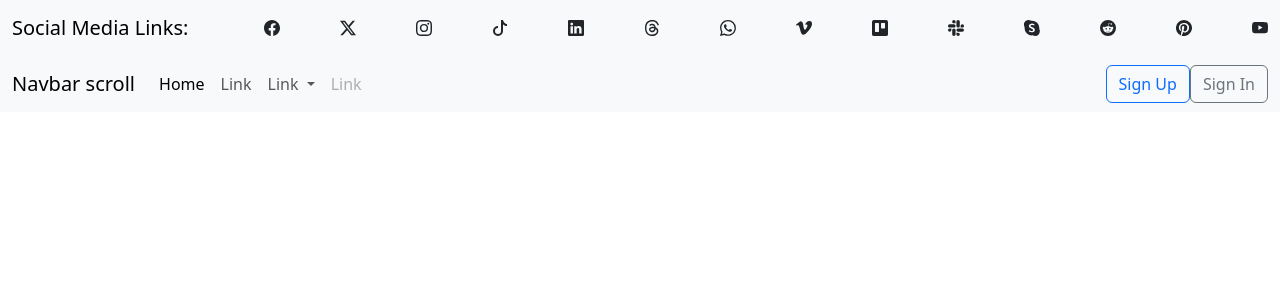
Repository: HaziimYassien/The-Discount-Empire
Page: index.html
An editor plug-in stored every save of this project. The page is shown before and after a run of saves, followed by the edit.
The browser window is 1280 px wide. The pictures show the whole page.

Above is the page before, as saved 2024-01-24 17:24:22.

### index.html
<!DOCTYPE html>
<html lang="en">
  <head>
    <meta charset="UTF-8" />
    <meta name="viewport" content="width=device-width, initial-scale=1.0" />
    <link rel="stylesheet" href="/style.css" />
    <link rel="stylesheet" href="/css/bootstrap.css" />
    <title>Document</title>
  </head>
  <body>
    <!-- START _SocialMediaBar -->
<nav class="navbar sticky-top navbar-light bg-light">
  <div class="container-fluid">
    <a class="navbar-brand" href="#">Social Media Links: </a>
    <svg xmlns="http://www.w3.org/2000/svg" width="16" height="16" fill="currentColor" class="bi bi-facebook" viewBox="0 0 16 16">
  <path d="M16 8.049c0-4.446-3.582-8.05-8-8.05C3.58 0-.002 3.603-.002 8.05c0 4.017 2.926 7.347 6.75 7.951v-5.625h-2.03V8.05H6.75V6.275c0-2.017 1.195-3.131 3.022-3.131.876 0 1.791.157 1.791.157v1.98h-1.009c-.993 0-1.303.621-1.303 1.258v1.51h2.218l-.354 2.326H9.25V16c3.824-.604 6.75-3.934 6.75-7.951"/>
</svg>
<svg xmlns="http://www.w3.org/2000/svg" width="16" height="16" fill="currentColor" class="bi bi-twitter-x" viewBox="0 0 16 16">
  <path d="M12.6.75h2.454l-5.36 6.142L16 15.25h-4.937l-3.867-5.07-4.425 5.07H.316l5.733-6.57L0 .75h5.063l3.495 4.633L12.601.75Zm-.86 13.028h1.36L4.323 2.145H2.865z"/>
</svg>
<svg xmlns="http://www.w3.org/2000/svg" width="16" height="16" fill="currentColor" class="bi bi-instagram" viewBox="0 0 16 16">
  <path d="M8 0C5.829 0 5.556.01 4.703.048 3.85.088 3.269.222 2.76.42a3.9 3.9 0 0 0-1.417.923A3.9 3.9 0 0 0 .42 2.76C.222 3.268.087 3.85.048 4.7.01 5.555 0 5.827 0 8.001c0 2.172.01 2.444.048 3.297.04.852.174 1.433.372 1.942.205.526.478.972.923 1.417.444.445.89.719 1.416.923.51.198 1.09.333 1.942.372C5.555 15.99 5.827 16 8 16s2.444-.01 3.298-.048c.851-.04 1.434-.174 1.943-.372a3.9 3.9 0 0 0 1.416-.923c.445-.445.718-.891.923-1.417.197-.509.332-1.09.372-1.942C15.99 10.445 16 10.173 16 8s-.01-2.445-.048-3.299c-.04-.851-.175-1.433-.372-1.941a3.9 3.9 0 0 0-.923-1.417A3.9 3.9 0 0 0 13.24.42c-.51-.198-1.092-.333-1.943-.372C10.443.01 10.172 0 7.998 0zm-.717 1.442h.718c2.136 0 2.389.007 3.232.046.78.035 1.204.166 1.486.275.373.145.64.319.92.599s.453.546.598.92c.11.281.24.705.275 1.485.039.843.047 1.096.047 3.231s-.008 2.389-.047 3.232c-.035.78-.166 1.203-.275 1.485a2.5 2.5 0 0 1-.599.919c-.28.28-.546.453-.92.598-.28.11-.704.24-1.485.276-.843.038-1.096.047-3.232.047s-2.39-.009-3.233-.047c-.78-.036-1.203-.166-1.485-.276a2.5 2.5 0 0 1-.92-.598 2.5 2.5 0 0 1-.6-.92c-.109-.281-.24-.705-.275-1.485-.038-.843-.046-1.096-.046-3.233s.008-2.388.046-3.231c.036-.78.166-1.204.276-1.486.145-.373.319-.64.599-.92s.546-.453.92-.598c.282-.11.705-.24 1.485-.276.738-.034 1.024-.044 2.515-.045zm4.988 1.328a.96.96 0 1 0 0 1.92.96.96 0 0 0 0-1.92m-4.27 1.122a4.109 4.109 0 1 0 0 8.217 4.109 4.109 0 0 0 0-8.217m0 1.441a2.667 2.667 0 1 1 0 5.334 2.667 2.667 0 0 1 0-5.334"/>
</svg>
<svg xmlns="http://www.w3.org/2000/svg" width="16" height="16" fill="currentColor" class="bi bi-tiktok" viewBox="0 0 16 16">
  <path d="M9 0h1.98c.144.715.54 1.617 1.235 2.512C12.895 3.389 13.797 4 15 4v2c-1.753 0-3.07-.814-4-1.829V11a5 5 0 1 1-5-5v2a3 3 0 1 0 3 3z"/>
</svg>
<svg xmlns="http://www.w3.org/2000/svg" width="16" height="16" fill="currentColor" class="bi bi-linkedin" viewBox="0 0 16 16">
  <path d="M0 1.146C0 .513.526 0 1.175 0h13.65C15.474 0 16 .513 16 1.146v13.708c0 .633-.526 1.146-1.175 1.146H1.175C.526 16 0 15.487 0 14.854zm4.943 12.248V6.169H2.542v7.225zm-1.2-8.212c.837 0 1.358-.554 1.358-1.248-.015-.709-.52-1.248-1.342-1.248S2.4 3.226 2.4 3.934c0 .694.521 1.248 1.327 1.248zm4.908 8.212V9.359c0-.216.016-.432.08-.586.173-.431.568-.878 1.232-.878.869 0 1.216.662 1.216 1.634v3.865h2.401V9.25c0-2.22-1.184-3.252-2.764-3.252-1.274 0-1.845.7-2.165 1.193v.025h-.016l.016-.025V6.169h-2.4c.03.678 0 7.225 0 7.225z"/>
</svg>
<svg xmlns="http://www.w3.org/2000/svg" width="16" height="16" fill="currentColor" class="bi bi-threads" viewBox="0 0 16 16">
  <path d="M6.321 6.016c-.27-.18-1.166-.802-1.166-.802.756-1.081 1.753-1.502 3.132-1.502.975 0 1.803.327 2.394.948s.928 1.509 1.005 2.644q.492.207.905.484c1.109.745 1.719 1.86 1.719 3.137 0 2.716-2.226 5.075-6.256 5.075C4.594 16 1 13.987 1 7.994 1 2.034 4.482 0 8.044 0 9.69 0 13.55.243 15 5.036l-1.36.353C12.516 1.974 10.163 1.43 8.006 1.43c-3.565 0-5.582 2.171-5.582 6.79 0 4.143 2.254 6.343 5.63 6.343 2.777 0 4.847-1.443 4.847-3.556 0-1.438-1.208-2.127-1.27-2.127-.236 1.234-.868 3.31-3.644 3.31-1.618 0-3.013-1.118-3.013-2.582 0-2.09 1.984-2.847 3.55-2.847.586 0 1.294.04 1.663.114 0-.637-.54-1.728-1.9-1.728-1.25 0-1.566.405-1.967.868ZM8.716 8.19c-2.04 0-2.304.87-2.304 1.416 0 .878 1.043 1.168 1.6 1.168 1.02 0 2.067-.282 2.232-2.423a6.2 6.2 0 0 0-1.528-.161"/>
</svg>
<svg xmlns="http://www.w3.org/2000/svg" width="16" height="16" fill="currentColor" class="bi bi-whatsapp" viewBox="0 0 16 16">
  <path d="M13.601 2.326A7.85 7.85 0 0 0 7.994 0C3.627 0 .068 3.558.064 7.926c0 1.399.366 2.76 1.057 3.965L0 16l4.204-1.102a7.9 7.9 0 0 0 3.79.965h.004c4.368 0 7.926-3.558 7.93-7.93A7.9 7.9 0 0 0 13.6 2.326zM7.994 14.521a6.6 6.6 0 0 1-3.356-.92l-.24-.144-2.494.654.666-2.433-.156-.251a6.56 6.56 0 0 1-1.007-3.505c0-3.626 2.957-6.584 6.591-6.584a6.56 6.56 0 0 1 4.66 1.931 6.56 6.56 0 0 1 1.928 4.66c-.004 3.639-2.961 6.592-6.592 6.592m3.615-4.934c-.197-.099-1.17-.578-1.353-.646-.182-.065-.315-.099-.445.099-.133.197-.513.646-.627.775-.114.133-.232.148-.43.05-.197-.1-.836-.308-1.592-.985-.59-.525-.985-1.175-1.103-1.372-.114-.198-.011-.304.088-.403.087-.088.197-.232.296-.346.1-.114.133-.198.198-.33.065-.134.034-.248-.015-.347-.05-.099-.445-1.076-.612-1.47-.16-.389-.323-.335-.445-.34-.114-.007-.247-.007-.38-.007a.73.73 0 0 0-.529.247c-.182.198-.691.677-.691 1.654s.71 1.916.81 2.049c.098.133 1.394 2.132 3.383 2.992.47.205.84.326 1.129.418.475.152.904.129 1.246.08.38-.058 1.171-.48 1.338-.943.164-.464.164-.86.114-.943-.049-.084-.182-.133-.38-.232"/>
</svg>
<svg xmlns="http://www.w3.org/2000/svg" width="16" height="16" fill="currentColor" class="bi bi-vimeo" viewBox="0 0 16 16">
  <path d="M15.992 4.204q-.106 2.334-3.262 6.393-3.263 4.243-5.522 4.243-1.4 0-2.367-2.583L3.55 7.523Q2.83 4.939 2.007 4.94q-.178.001-1.254.754L0 4.724a210 210 0 0 0 2.334-2.081q1.581-1.364 2.373-1.437 1.865-.185 2.298 2.553.466 2.952.646 3.666.54 2.447 1.186 2.445.5 0 1.508-1.587 1.006-1.587 1.077-2.415.144-1.37-1.077-1.37a3 3 0 0 0-1.185.261q1.183-3.86 4.508-3.756 2.466.075 2.324 3.2z"/>
</svg>
<svg xmlns="http://www.w3.org/2000/svg" width="16" height="16" fill="currentColor" class="bi bi-trello" viewBox="0 0 16 16">
  <path d="M14.1 0H1.903C.852 0 .002.85 0 1.9v12.19A1.9 1.9 0 0 0 1.902 16h12.199A1.9 1.9 0 0 0 16 14.09V1.9A1.9 1.9 0 0 0 14.1 0M7 11.367a.636.636 0 0 1-.64.633H3.593a.633.633 0 0 1-.63-.633V3.583c0-.348.281-.631.63-.633h2.765c.35.002.632.284.633.633zm6.052-3.5a.633.633 0 0 1-.64.633h-2.78A.636.636 0 0 1 9 7.867V3.583a.636.636 0 0 1 .633-.633h2.778c.35.002.631.285.631.633z"/>
</svg>
<svg xmlns="http://www.w3.org/2000/svg" width="16" height="16" fill="currentColor" class="bi bi-slack" viewBox="0 0 16 16">
  <path d="M3.362 10.11c0 .926-.756 1.681-1.681 1.681S0 11.036 0 10.111.756 8.43 1.68 8.43h1.682zm.846 0c0-.924.756-1.68 1.681-1.68s1.681.756 1.681 1.68v4.21c0 .924-.756 1.68-1.68 1.68a1.685 1.685 0 0 1-1.682-1.68zM5.89 3.362c-.926 0-1.682-.756-1.682-1.681S4.964 0 5.89 0s1.68.756 1.68 1.68v1.682zm0 .846c.924 0 1.68.756 1.68 1.681S6.814 7.57 5.89 7.57H1.68C.757 7.57 0 6.814 0 5.89c0-.926.756-1.682 1.68-1.682zm6.749 1.682c0-.926.755-1.682 1.68-1.682S16 4.964 16 5.889s-.756 1.681-1.68 1.681h-1.681zm-.848 0c0 .924-.755 1.68-1.68 1.68A1.685 1.685 0 0 1 8.43 5.89V1.68C8.43.757 9.186 0 10.11 0c.926 0 1.681.756 1.681 1.68zm-1.681 6.748c.926 0 1.682.756 1.682 1.681S11.036 16 10.11 16s-1.681-.756-1.681-1.68v-1.682h1.68zm0-.847c-.924 0-1.68-.755-1.68-1.68s.756-1.681 1.68-1.681h4.21c.924 0 1.68.756 1.68 1.68 0 .926-.756 1.681-1.68 1.681z"/>
</svg>
<svg xmlns="http://www.w3.org/2000/svg" width="16" height="16" fill="currentColor" class="bi bi-skype" viewBox="0 0 16 16">
  <path d="M4.671 0c.88 0 1.733.247 2.468.702a7.42 7.42 0 0 1 6.02 2.118 7.37 7.37 0 0 1 2.167 5.215q0 .517-.072 1.026a4.66 4.66 0 0 1 .6 2.281 4.64 4.64 0 0 1-1.37 3.294A4.67 4.67 0 0 1 11.18 16c-.84 0-1.658-.226-2.37-.644a7.42 7.42 0 0 1-6.114-2.107A7.37 7.37 0 0 1 .529 8.035q0-.545.08-1.081a4.644 4.644 0 0 1 .76-5.59A4.68 4.68 0 0 1 4.67 0zm.447 7.01c.18.309.43.572.729.769a7 7 0 0 0 1.257.653q.737.308 1.145.523c.229.112.437.264.615.448.135.142.21.331.21.528a.87.87 0 0 1-.335.723c-.291.196-.64.289-.99.264a2.6 2.6 0 0 1-1.048-.206 11 11 0 0 1-.532-.253 1.3 1.3 0 0 0-.587-.15.72.72 0 0 0-.501.176.63.63 0 0 0-.195.491.8.8 0 0 0 .148.482 1.2 1.2 0 0 0 .456.354 5.1 5.1 0 0 0 2.212.419 4.6 4.6 0 0 0 1.624-.265 2.3 2.3 0 0 0 1.08-.801c.267-.39.402-.855.386-1.327a2.1 2.1 0 0 0-.279-1.101 2.5 2.5 0 0 0-.772-.792A7 7 0 0 0 8.486 7.3a1 1 0 0 0-.145-.058 18 18 0 0 1-1.013-.447 1.8 1.8 0 0 1-.54-.387.73.73 0 0 1-.2-.508.8.8 0 0 1 .385-.723 1.76 1.76 0 0 1 .968-.247c.26-.003.52.03.772.096q.412.119.802.293c.105.049.22.075.336.076a.6.6 0 0 0 .453-.19.7.7 0 0 0 .18-.496.72.72 0 0 0-.17-.476 1.4 1.4 0 0 0-.556-.354 3.7 3.7 0 0 0-.708-.183 6 6 0 0 0-1.022-.078 4.5 4.5 0 0 0-1.536.258 2.7 2.7 0 0 0-1.174.784 1.9 1.9 0 0 0-.45 1.287c-.01.37.076.736.25 1.063"/>
</svg>
<svg xmlns="http://www.w3.org/2000/svg" width="16" height="16" fill="currentColor" class="bi bi-reddit" viewBox="0 0 16 16">
  <path d="M6.167 8a.83.83 0 0 0-.83.83c0 .459.372.84.83.831a.831.831 0 0 0 0-1.661m1.843 3.647c.315 0 1.403-.038 1.976-.611a.23.23 0 0 0 0-.306.213.213 0 0 0-.306 0c-.353.363-1.126.487-1.67.487-.545 0-1.308-.124-1.671-.487a.213.213 0 0 0-.306 0 .213.213 0 0 0 0 .306c.564.563 1.652.61 1.977.61zm.992-2.807c0 .458.373.83.831.83s.83-.381.83-.83a.831.831 0 0 0-1.66 0z"/>
  <path d="M16 8A8 8 0 1 1 0 8a8 8 0 0 1 16 0m-3.828-1.165c-.315 0-.602.124-.812.325-.801-.573-1.9-.945-3.121-.993l.534-2.501 1.738.372a.83.83 0 1 0 .83-.869.83.83 0 0 0-.744.468l-1.938-.41a.2.2 0 0 0-.153.028.2.2 0 0 0-.086.134l-.592 2.788c-1.24.038-2.358.41-3.17.992-.21-.2-.496-.324-.81-.324a1.163 1.163 0 0 0-.478 2.224q-.03.17-.029.353c0 1.795 2.091 3.256 4.669 3.256s4.668-1.451 4.668-3.256c0-.114-.01-.238-.029-.353.401-.181.688-.592.688-1.069 0-.65-.525-1.165-1.165-1.165"/>
</svg>
<svg xmlns="http://www.w3.org/2000/svg" width="16" height="16" fill="currentColor" class="bi bi-pinterest" viewBox="0 0 16 16">
  <path d="M8 0a8 8 0 0 0-2.915 15.452c-.07-.633-.134-1.606.027-2.297.146-.625.938-3.977.938-3.977s-.239-.479-.239-1.187c0-1.113.645-1.943 1.448-1.943.682 0 1.012.512 1.012 1.127 0 .686-.437 1.712-.663 2.663-.188.796.4 1.446 1.185 1.446 1.422 0 2.515-1.5 2.515-3.664 0-1.915-1.377-3.254-3.342-3.254-2.276 0-3.612 1.707-3.612 3.471 0 .688.265 1.425.595 1.826a.24.24 0 0 1 .056.23c-.061.252-.196.796-.222.907-.035.146-.116.177-.268.107-1-.465-1.624-1.926-1.624-3.1 0-2.523 1.834-4.84 5.286-4.84 2.775 0 4.932 1.977 4.932 4.62 0 2.757-1.739 4.976-4.151 4.976-.811 0-1.573-.421-1.834-.919l-.498 1.902c-.181.695-.669 1.566-.995 2.097A8 8 0 1 0 8 0"/>
</svg>
<svg xmlns="http://www.w3.org/2000/svg" width="16" height="16" fill="currentColor" class="bi bi-youtube" viewBox="0 0 16 16">
  <path d="M8.051 1.999h.089c.822.003 4.987.033 6.11.335a2.01 2.01 0 0 1 1.415 1.42c.101.38.172.883.22 1.402l.01.104.022.26.008.104c.065.914.073 1.77.074 1.957v.075c-.001.194-.01 1.108-.082 2.06l-.008.105-.009.104c-.05.572-.124 1.14-.235 1.558a2.01 2.01 0 0 1-1.415 1.42c-1.16.312-5.569.334-6.18.335h-.142c-.309 0-1.587-.006-2.927-.052l-.17-.006-.087-.004-.171-.007-.171-.007c-1.11-.049-2.167-.128-2.654-.26a2.01 2.01 0 0 1-1.415-1.419c-.111-.417-.185-.986-.235-1.558L.09 9.82l-.008-.104A31 31 0 0 1 0 7.68v-.123c.002-.215.01-.958.064-1.778l.007-.103.003-.052.008-.104.022-.26.01-.104c.048-.519.119-1.023.22-1.402a2.01 2.01 0 0 1 1.415-1.42c.487-.13 1.544-.21 2.654-.26l.17-.007.172-.006.086-.003.171-.007A100 100 0 0 1 7.858 2zM6.4 5.209v4.818l4.157-2.408z"/>
</svg>
  </div>
</nav>
    <!-- END _SocialMediaBar -->
    <!-- START _NavBar -->
    <nav class="navbar navbar-expand-lg navbar-light bg-light">
      <div class="container-fluid">
        <a class="navbar-brand" href="#">Navbar scroll</a>
        <button
          class="navbar-toggler"
          type="button"
          data-bs-toggle="collapse"
          data-bs-target="#navbarScroll"
          aria-controls="navbarScroll"
          aria-expanded="false"
          aria-label="Toggle navigation"
        >
          <span class="navbar-toggler-icon"></span>
        </button>
        <div class="collapse navbar-collapse" id="navbarScroll">
          <ul
            class="navbar-nav me-auto my-2 my-lg-0 navbar-nav-scroll"
            style="--bs-scroll-height: 100px"
          >
            <li class="nav-item">
              <a class="nav-link active" aria-current="page" href="#">Home</a>
            </li>
            <li class="nav-item">
              <a class="nav-link" href="#">Link</a>
            </li>
            <li class="nav-item dropdown">
              <a
                class="nav-link dropdown-toggle"
                href="#"
                id="navbarScrollingDropdown"
                role="button"
                data-bs-toggle="dropdown"
                aria-expanded="false"
              >
                Link
              </a>
              <ul
                class="dropdown-menu"
                aria-labelledby="navbarScrollingDropdown"
              >
                <li><a class="dropdown-item" href="#">Action</a></li>
                <li><a class="dropdown-item" href="#">Another action</a></li>
                <li><hr class="dropdown-divider" /></li>
                <li>
                  <a class="dropdown-item" href="#">Something else here</a>
                </li>
              </ul>
            </li>
            <li class="nav-item">
              <a
                class="nav-link disabled"
                href="#"
                tabindex="-1"
                aria-disabled="true"
                >Link</a
              >
            </li>
          </ul>

            <button class="btn btn-outline-primary" type="#">
              Sign Up
            </button>
              <button class="btn btn-outline-secondary" type="#">
              Sign In
            </button>
          </form>
        </div>
      </div>
    </nav>
    <!-- END _NavBar -->

    <script src="/js/bootstrap.js"></script>
    <script src="/script.js"></script>
  </body>
</html>

Loaded but not shown: css/bootstrap.css (library); js/bootstrap.js (library); style.css (no stored copy; drawn as an empty file); script.js (no stored copy; drawn as an empty file)

After the next 2 saves:
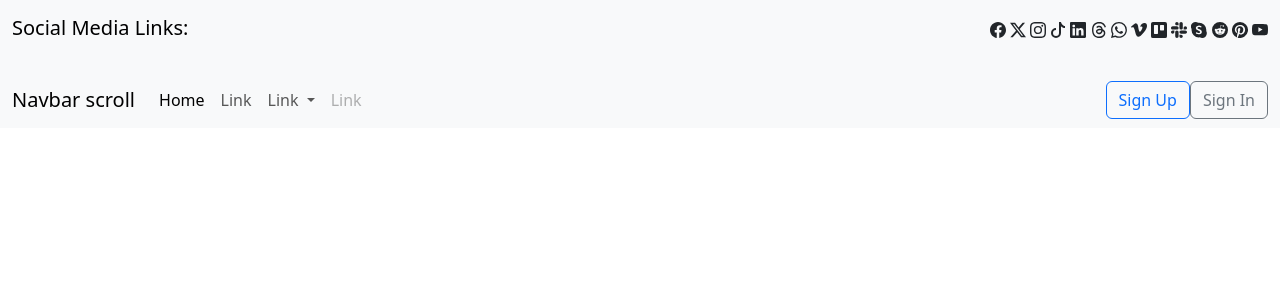
The 2 saves are shown as one change because they came seconds apart.
The last was saved 29 s later.
--- a/index.html
+++ b/index.html
@@ -11,7 +11,7 @@
     <!-- START _SocialMediaBar -->
 <nav class="navbar sticky-top navbar-light bg-light">
   <div class="container-fluid">
-    <a class="navbar-brand" href="#">Social Media Links: </a>
+    <p class="navbar-brand" href="#">Social Media Links: <p/>
     <svg xmlns="http://www.w3.org/2000/svg" width="16" height="16" fill="currentColor" class="bi bi-facebook" viewBox="0 0 16 16">
   <path d="M16 8.049c0-4.446-3.582-8.05-8-8.05C3.58 0-.002 3.603-.002 8.05c0 4.017 2.926 7.347 6.75 7.951v-5.625h-2.03V8.05H6.75V6.275c0-2.017 1.195-3.131 3.022-3.131.876 0 1.791.157 1.791.157v1.98h-1.009c-.993 0-1.303.621-1.303 1.258v1.51h2.218l-.354 2.326H9.25V16c3.824-.604 6.75-3.934 6.75-7.951"/>
 </svg>

After the 2 saves that followed:
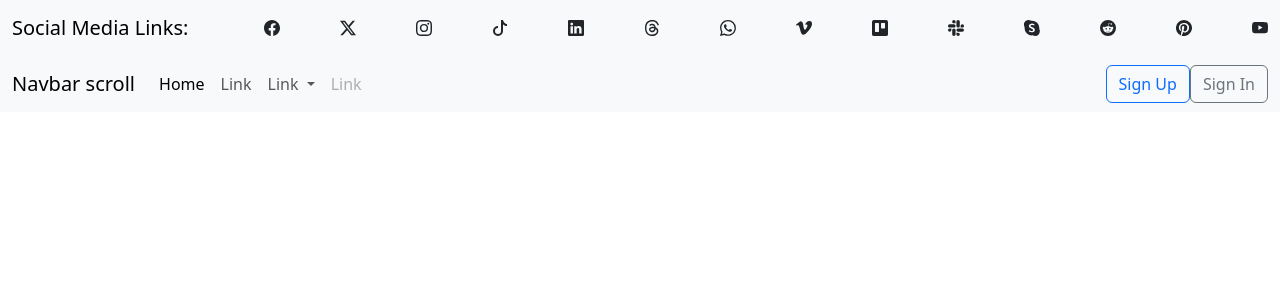
The 2 saves are shown as one change because they came seconds apart.
The last was saved 7 s later.
--- a/index.html
+++ b/index.html
@@ -11,7 +11,7 @@
     <!-- START _SocialMediaBar -->
 <nav class="navbar sticky-top navbar-light bg-light">
   <div class="container-fluid">
-    <p class="navbar-brand" href="#">Social Media Links: <p/>
+    <a class="navbar-brand" href="#">Social Media Links: </a>
     <svg xmlns="http://www.w3.org/2000/svg" width="16" height="16" fill="currentColor" class="bi bi-facebook" viewBox="0 0 16 16">
   <path d="M16 8.049c0-4.446-3.582-8.05-8-8.05C3.58 0-.002 3.603-.002 8.05c0 4.017 2.926 7.347 6.75 7.951v-5.625h-2.03V8.05H6.75V6.275c0-2.017 1.195-3.131 3.022-3.131.876 0 1.791.157 1.791.157v1.98h-1.009c-.993 0-1.303.621-1.303 1.258v1.51h2.218l-.354 2.326H9.25V16c3.824-.604 6.75-3.934 6.75-7.951"/>
 </svg>
